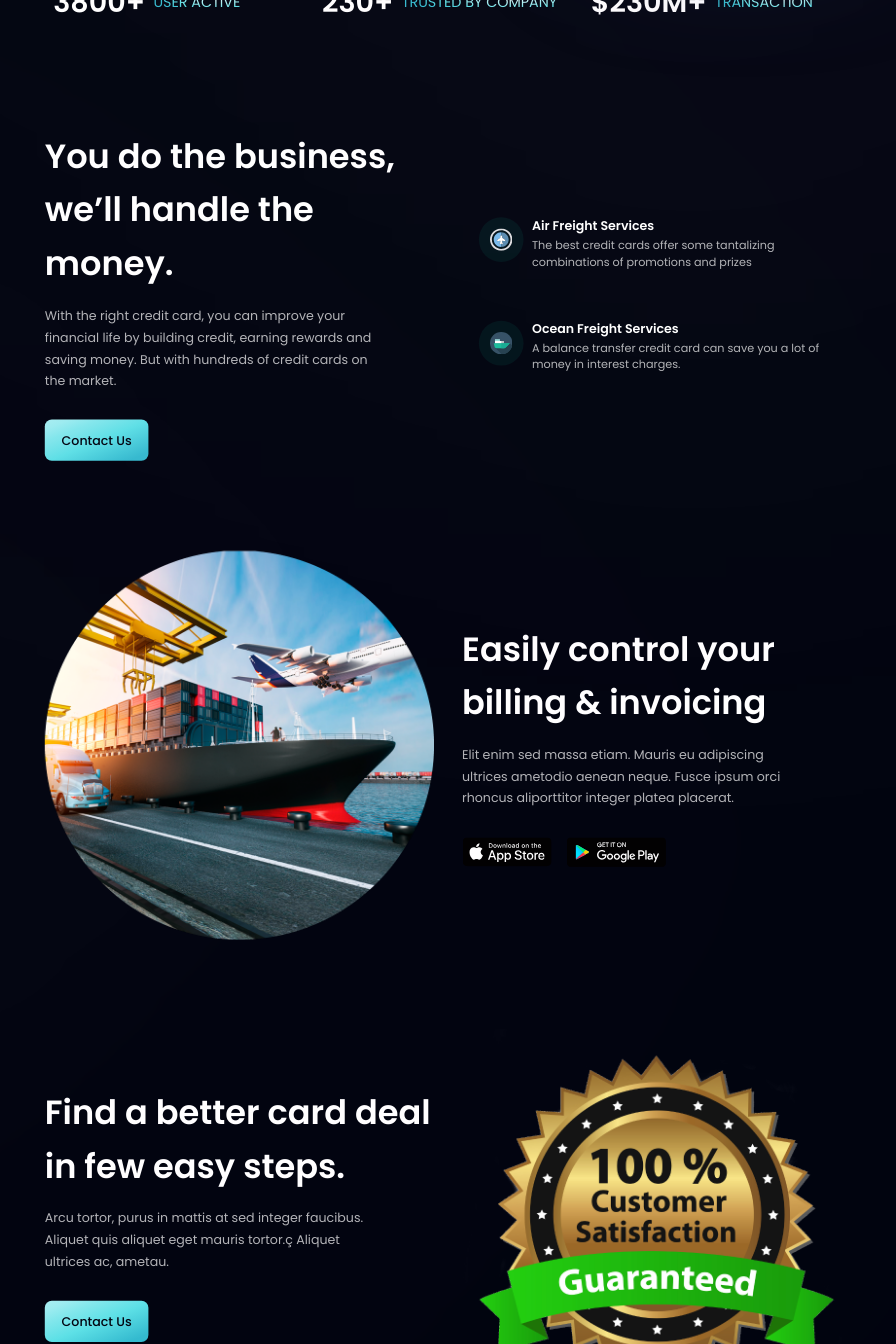
Repository: Miracleoluebube/captionlogistics
Page: /
An editor plug-in stored every save of this project. The page is shown before and after the next save, followed by the edit.
The browser window is 1280 px wide. The pictures show the part of the page from y = 1205 to 3125 px (the page is 5409 px tall before and 5286 px after), at 70% of full size.
The project was rebuilt for these pictures with package versions that can differ from the ones it lists, and the page was loaded fresh each time. Also part of the build but not shown: vite.config.js.

Above is the page before, as saved 2022-10-02 12:42:42.

### src/index.css
/* :root {
  font-family: Inter, Avenir, Helvetica, Arial, sans-serif;
  font-size: 16px;
  line-height: 24px;
  font-weight: 400;

  color-scheme: light dark;
  color: rgba(255, 255, 255, 0.87);
  background-color: #242424;

  font-synthesis: none;
  text-rendering: optimizeLegibility;
  -webkit-font-smoothing: antialiased;
  -moz-osx-font-smoothing: grayscale;
  -webkit-text-size-adjust: 100%;
}

a {
  font-weight: 500;
  color: #646cff;
  text-decoration: inherit;
}
a:hover {
  color: #535bf2;
}

body {
  margin: 0;
  display: flex;
  place-items: center;
  min-width: 320px;
  min-height: 100vh;
}

h1 {
  font-size: 3.2em;
  line-height: 1.1;
}

button {
  border-radius: 8px;
  border: 1px solid transparent;
  padding: 0.6em 1.2em;
  font-size: 1em;
  font-weight: 500;
  font-family: inherit;
  background-color: #1a1a1a;
  cursor: pointer;
  transition: border-color 0.25s;
}
button:hover {
  border-color: #646cff;
}
button:focus,
button:focus-visible {
  outline: 4px auto -webkit-focus-ring-color;
}
*/

@import url("https://fonts.googleapis.com/css2?family=Poppins:wght@400;500;600;700;800;900&display=swap");

@tailwind base;
@tailwind components;
@tailwind utilities;

:root {
  --black-gradient: linear-gradient(
    144.39deg,
    #ffffff -278.56%,
    #6d6d6d -78.47%,
    #11101d 91.61%
  );
  --card-shadow: 0px 20px 100px -10px rgba(66, 71, 91, 0.1);
}

* {
  scroll-behavior: smooth;
}

.text-gradient {
  background: radial-gradient(
    64.18% 64.18% at 71.16% 35.69%,
    #def9fa 0.89%,
    #bef3f5 17.23%,
    #9dedf0 42.04%,
    #7de7eb 55.12%,
    #5ce1e6 71.54%,
    #33bbcf 100%
  );
  -webkit-background-clip: text;
  -webkit-text-fill-color: transparent;
  background-clip: text;
  text-fill-color: transparent;
}

.bg-blue-gradient {
  background: linear-gradient(
    157.81deg,
    #def9fa -43.27%,
    #bef3f5 -21.24%,
    #9dedf0 12.19%,
    #7de7eb 29.82%,
    #5ce1e6 51.94%,
    #33bbcf 90.29%
  );
}

.bg-black-gradient {
  background: linear-gradient(
    144.39deg,
    #ffffff -278.56%,
    #6d6d6d -78.47%,
    #11101d 91.61%
  );
}

.bg-black-gradient-2 {
  background: linear-gradient(
    -168.39deg,
    #ffffff -278.56%,
    #6d6d6d -78.47%,
    #11101d 91.61%
  );
}

.bg-gray-gradient {
  background: linear-gradient(
    153.47deg,
    rgba(255, 255, 255, 0) -341.94%,
    #14101d 95.11%
  );
}

.bg-discount-gradient {
  background: linear-gradient(125.17deg, #272727 0%, #11101d 100%);
}

.box-shadow {
  box-shadow: 0px 20px 100px -10px rgba(66, 71, 91, 0.1);
}

.sidebar {
  -webkit-animation: slide-top 0.5s cubic-bezier(0.25, 0.46, 0.45, 0.94) both;
  animation: slide-top 0.5s cubic-bezier(0.25, 0.46, 0.45, 0.94) both;
}

@-webkit-keyframes slide-top {
  0% {
    -webkit-transform: translateY(100px);
    transform: translateY(100px);
  }
  100% {
    -webkit-transform: translateY(0);
    transform: translateY(0);
  }
}

@keyframes slide-top {
  0% {
    -webkit-transform: translateY(100px);
    transform: translateY(100px);
  }
  100% {
    -webkit-transform: translateY(0);
    transform: translateY(0);
  }
}

.feature-card:hover {
  background: var(--black-gradient);
  box-shadow: var(--card-shadow);
}

.feedback-container .feedback-card:last-child {
  margin-right: 0px;
}

.feedback-card {
  background: transparent;
}

.feedback-card:hover {
  background: var(--black-gradient);
}

.blue__gradient {
  background: linear-gradient(180deg, rgba(188, 165, 255, 0) 0%, #214d76 100%);
  filter: blur(123px);
}

.pink__gradient {
  background: linear-gradient(90deg, #f4c4f3 0%, #fc67fa 100%);
  filter: blur(900px);
}

.white__gradient {
  background: rgba(255, 255, 255, 0.6);
  filter: blur(750px);
}


@media (prefers-color-scheme: light) {
  :root {
    color: #213547;
    background-color: #ffffff;
  }
  a:hover {
    color: #747bff;
  }
  button {
    background-color: #f9f9f9;
  }
}

### src/style.js
const styles = {
  boxWidth: "xl:max-w-[1280px] w-full",

  heading2: "font-poppins font-semibold xs:text-[48px] text-[40px] text-white xs:leading-[76.8px] leading-[66.8px] w-full",
  paragraph: "font-poppins font-normal text-dimWhite text-[18px] leading-[30.8px]",

  flexCenter: "flex justify-center items-center",
  flexStart: "flex justify-center items-start",

  paddingX: "sm:px-16 px-6",
  paddingY: "sm:py-16 py-6",
  padding: "sm:px-16 px-6 sm:py-12 py-4",

  marginX: "sm:mx-16 mx-6",
  marginY: "sm:my-16 my-6",
};

export const layout = {
  section: `flex md:flex-row flex-col ${styles.paddingY}`,
  sectionReverse: `flex md:flex-row flex-col-reverse ${styles.paddingY}`,

  sectionImgReverse: `flex-1 flex ${styles.flexCenter} md:mr-10 mr-0 md:mt-0 mt-10 relative`,
  sectionImg: `flex-1 flex ${styles.flexCenter} md:ml-10 ml-0 md:mt-0 mt-10 relative`,

  sectionInfo: `flex-1 ${styles.flexStart} flex-col`,
};

export default styles;

### src/components/Navbar.jsx
import { useState } from "react";

import { close, logo, menu } from "../assets";
import { navLinks } from "../constants";

const Navbar = () => {
  const [active, setActive] = useState("Home");
  const [toggle, setToggle] = useState(false);

  return (
    <nav className="w-full flex py-6 justify-between items-center navbar">
      <img src={logo} alt="hoobank" className="w-[124px] h-[32px]" />

      <ul className="list-none sm:flex hidden justify-end items-center flex-1">
        {navLinks.map((nav, index) => (
          <li
            key={nav.id}
            className={`font-poppins font-normal cursor-pointer text-[16px] ${
              active === nav.title ? "text-white" : "text-dimWhite"
            } ${index === navLinks.length - 1 ? "mr-0" : "mr-10"}`}
            onClick={() => setActive(nav.title)}
          >
            <a href={`#${nav.id}`}>{nav.title}</a>
          </li>
        ))}
      </ul>

      <div className="sm:hidden flex flex-1 justify-end items-center">
        <img
          src={toggle ? close : menu}
          alt="menu"
          className="w-[28px] h-[28px] object-contain"
          onClick={() => setToggle(!toggle)}
        />

        <div
          className={`${
            !toggle ? "hidden" : "flex"
          } p-6 bg-black-gradient absolute top-20 right-0 mx-4 my-2 min-w-[140px] rounded-xl sidebar`}
        >
          <ul className="list-none flex justify-end items-start flex-1 flex-col">
            {navLinks.map((nav, index) => (
              <li
                key={nav.id}
                className={`font-poppins font-medium cursor-pointer text-[16px] ${
                  active === nav.title ? "text-white" : "text-dimWhite"
                } ${index === navLinks.length - 1 ? "mb-0" : "mb-4"}`}
                onClick={() => setActive(nav.title)}
              >
                <a href={`#${nav.id}`}>{nav.title}</a>
              </li>
            ))}
          </ul>
        </div>
      </div>
    </nav>
  );
};

export default Navbar;

### src/components/Billing.jsx
import { apple, bill, google } from "../assets";
import styles, { layout } from "../style";

const Billing = () => (
  <section id="product" className={layout.sectionReverse}>
    <div className={layout.sectionImgReverse}>
      <img src={bill} alt="billing" className="w-[100%] h-[100%] relative z-[5]" />

      {/* gradient start */}
      <div className="absolute z-[3] -left-1/2 top-0 w-[50%] h-[50%] rounded-full white__gradient" />
      <div className="absolute z-[0] w-[50%] h-[50%] -left-1/2 bottom-0 rounded-full pink__gradient" />
      {/* gradient end */}
    </div>

    <div className={layout.sectionInfo}>
      <h2 className={styles.heading2}>
        Easily control your <br className="sm:block hidden" /> billing &
        invoicing
      </h2>
      <p className={`${styles.paragraph} max-w-[470px] mt-5`}>
        Elit enim sed massa etiam. Mauris eu adipiscing ultrices ametodio
        aenean neque. Fusce ipsum orci rhoncus aliporttitor integer platea
        placerat.
      </p>

      <div className="flex flex-row flex-wrap sm:mt-10 mt-6">
        <img src={apple} alt="google_play" className="w-[128.86px] h-[42.05px] object-contain mr-5 cursor-pointer" />
        <img src={google} alt="google_play" className="w-[144.17px] h-[43.08px] object-contain cursor-pointer" />
      </div>
    </div>
  </section>
);

export default Billing;

### src/components/CardDeal.jsx
import { card } from "../assets";
import styles, { layout } from "../style";
import Button from "./Button";

const CardDeal = () => (
  <section id="contact Us" className={layout.section}>
    <div className={layout.sectionInfo}>
      <h2 className={styles.heading2}>
        Find a better card deal <br className="sm:block hidden" /> in few easy
        steps.
      </h2>
      <p className={`${styles.paragraph} max-w-[470px] mt-5`}>
        Arcu tortor, purus in mattis at sed integer faucibus. Aliquet quis
        aliquet eget mauris tortor.ç Aliquet ultrices ac, ametau.
      </p>

      <Button styles={`mt-10`} />
    </div>

    <div className={layout.sectionImg}>
      <img src={card} alt="billing" className="w-[100%] h-[100%]" />
    </div>
  </section>
);

export default CardDeal;

### src/components/Business.jsx
import { features } from "../constants";
import styles, { layout } from "../style";
import Button from "./Button";

const FeatureCard = ({ icon, title, content, index }) => (
  <div className={`flex flex-row p-6 rounded-[20px] ${index !== features.length - 1 ? "mb-6" : "mb-0"} feature-card`}>
    <div className={`w-[64px] h-[64px] rounded-full ${styles.flexCenter} bg-dimBlue`}>
      <img src={icon} alt="star" className="w-[50%] h-[50%] object-contain" />
    </div>
    <div className="flex-1 flex flex-col ml-3">
      <h4 className="font-poppins font-semibold text-white text-[18px] leading-[23.4px] mb-1">
        {title}
      </h4>
      <p className="font-poppins font-normal text-dimWhite text-[16px] leading-[24px]">
        {content}
      </p>
    </div>
  </div>
);

const Business = () =>  (
  <section id="features" className={layout.section}>
    <div className={layout.sectionInfo}>
      <h2 className={styles.heading2}>
        You do the business, <br className="sm:block hidden" /> we’ll handle
        the money.
      </h2>
      <p className={`${styles.paragraph} max-w-[470px] mt-5`}>
        With the right credit card, you can improve your financial life by
        building credit, earning rewards and saving money. But with hundreds
        of credit cards on the market.
      </p>

      <Button styles={`mt-10`} />
    </div>

    <div className={`${layout.sectionImg} flex-col`}>
      {features.map((feature, index) => (
        <FeatureCard key={feature.id} {...feature} index={index} />
      ))}
    </div>
  </section>
);

export default Business;

### src/components/CTA.jsx
import styles from "../style";
import Button from "./Button";

const CTA = () => (
  <section className={`${styles.flexCenter} ${styles.marginY} ${styles.padding} sm:flex-row flex-col bg-black-gradient-2 rounded-[20px] box-shadow`}>
    <div className="flex-1 flex flex-col">
      <h2 className={styles.heading2}>Let’s try our service now!</h2>
      <p className={`${styles.paragraph} max-w-[470px] mt-5`}>
        Everything you need to accept card payments and grow your business
        anywhere on the planet.
      </p>
    </div>

    <div  className={`${styles.flexCenter} sm:ml-10 ml-0 sm:mt-0 mt-10`}>
      <Button />
    </div>
  </section>
);

export default CTA;

### src/components/Stats.jsx
import { stats } from "../constants";
import styles from "../style";

const Stats = () => (
  <section className={`${styles.flexCenter} flex-row flex-wrap sm:mb-20 mb-6`}>
    {stats.map((stat) => (
      <div key={stat.id} className={`flex-1 flex justify-start items-center flex-row m-3`} >
        <h4 className="font-poppins font-semibold xs:text-[40.89px] text-[30.89px] xs:leading-[53.16px] leading-[43.16px] text-white">
          {stat.value}
        </h4>
        <p className="font-poppins font-normal xs:text-[20.45px] text-[15.45px] xs:leading-[26.58px] leading-[21.58px] text-gradient uppercase ml-3">
          {stat.title}
        </p>
      </div>
    ))}
  </section>
);

export default Stats;

### src/components/Footer.jsx
import styles from "../style";
import { logo } from "../assets";
import { footerLinks, socialMedia } from "../constants";

const Footer = () => (
  <section className={`${styles.flexCenter} ${styles.paddingY} flex-col`}>
    <div className={`${styles.flexStart} md:flex-row flex-col mb-8 w-full`}>
      <div className="flex-[1] flex flex-col justify-start mr-10">
        <img
          src={logo}
          alt="hoobank"
          className="w-[266px] h-[72.14px] object-contain"
        />
        <p className={`${styles.paragraph} mt-4 max-w-[312px]`}>
         Head Office address: Number 10&11, A.O plaza, ground floor,
         Mandilas market Lagos island
        </p>
      </div>

      <div className="flex-[1.5] w-full flex flex-row justify-between flex-wrap md:mt-0 mt-10">
        {footerLinks.map((footerlink) => (
          <div key={footerlink.title} className={`flex flex-col ss:my-0 my-4 min-w-[150px]`}>
            <h4 className="font-poppins font-medium text-[18px] leading-[27px] text-white">
              {footerlink.title}
            </h4>
            <ul className="list-none mt-4">
              {footerlink.links.map((link, index) => (
                <li
                  key={link.name}
                  className={`font-poppins font-normal text-[16px] leading-[24px] text-dimWhite hover:text-secondary cursor-pointer ${
                    index !== footerlink.links.length - 1 ? "mb-4" : "mb-0"
                  }`}
                >
                  {link.name}
                </li>
              ))}
            </ul>
          </div>
        ))}
      </div>
    </div>

    <div className="w-full flex justify-between items-center md:flex-row flex-col pt-6 border-t-[1px] border-t-[#3F3E45]">
      <p className="font-poppins font-normal text-center text-[18px] leading-[27px] text-white">
        Copyright Ⓒ 2022. CaptionLogistics. All Rights Reserved.
      </p>

      <div className="flex flex-row md:mt-0 mt-6">
        {socialMedia.map((social, index) => (
          <img
            key={social.id}
            src={social.icon}
            alt={social.id}
            className={`w-[21px] h-[21px] object-contain cursor-pointer ${
              index !== socialMedia.length - 1 ? "mr-6" : "mr-0"
            }`}
            onClick={() => window.open(social.link)}
          />
        ))}
      </div>
    </div>
  </section>
);

export default Footer;

### src/components/Testimonials.jsx
import { feedback } from "../constants";
import styles from "../style";
import FeedbackCard from "./FeedbackCard";

const Testimonials = () => (
  <section id="clients" className={`${styles.paddingY} ${styles.flexCenter} flex-col relative `}>
    <div className="absolute z-[0] w-[60%] h-[60%] -right-[50%] rounded-full blue__gradient bottom-40" />

    <div className="w-full flex justify-between items-center md:flex-row flex-col sm:mb-16 mb-6 relative z-[1]">
      <h2 className={styles.heading2}>
        What People are <br className="sm:block hidden" /> saying about us
      </h2>
      <div className="w-full md:mt-0 mt-6">
        <p className={`${styles.paragraph} text-left max-w-[450px]`}>
          Everything you need to accept card payments and grow your business
          anywhere on the planet.
        </p>
      </div>
    </div>

    <div className="flex flex-wrap sm:justify-start justify-center w-full feedback-container relative z-[1]">
      {feedback.map((card) => <FeedbackCard key={card.id} {...card} />)}
    </div>
  </section>
);

export default Testimonials;

### src/components/Hero.jsx
import styles from "../style";
import { discount, robot } from "../assets";
import GetStarted from "./GetStarted";

const Hero = () => {
  return (
    <section id="home" className={`flex md:flex-row flex-col ${styles.paddingY}`}>
      <div className={`flex-1 ${styles.flexStart} flex-col xl:px-0 sm:px-16 px-6`}>
        <div className="flex flex-row items-center py-[6px] px-4 bg-discount-gradient rounded-[10px] mb-2">
          <img src={discount} alt="discount" className="w-[32px] h-[32px]" />
          <p className={`${styles.paragraph} ml-2`}>
            <span className="text-white">Call us </span> +234{" "}
            <span className="text-white">806 {" "} 750 {" "} 7539</span>
          </p>
        </div>

        <div className="flex flex-row justify-between items-center w-full">
          <h1 className="flex-1 font-poppins font-semibold ss:text-[72px] text-[52px] text-white ss:leading-[100.8px] leading-[75px]">
            Your trusted <br className="sm:block hidden" />{" "}
            <span className="text-gradient">Freight & Shipping</span>{" "}
          </h1>
          <div className="ss:flex hidden md:mr-4 mr-0">
            <GetStarted />
          </div>
        </div>

        <h1 className="font-poppins font-semibold ss:text-[68px] text-[52px] text-white ss:leading-[100.8px] leading-[75px] w-full">
  company From Turkey to Nigeria.
        </h1>
        <p className={`${styles.paragraph} max-w-[470px] mt-5`}>
          We are a  full-service Cargo and Logistics
          company registered under the federal Republic of Nigeria that offers freight
          and shipping of goods from Turkey
          to Nigeria.Our Mission is to retain our leadership
          in providing affordable
          & efficient service. Visit us Today.
        </p>
      </div>

      <div className={`flex-1 flex ${styles.flexCenter} md:my-0 my-10 relative`}>
        <img src={robot} alt="billing" className="w-[100%] h-[100%] relative z-[5]" />

        {/* gradient start */}
        <div className="absolute z-[0] w-[40%] h-[35%] top-0 pink__gradient" />
        <div className="absolute z-[1] w-[80%] h-[80%] rounded-full white__gradient bottom-40" />
        <div className="absolute z-[0] w-[50%] h-[50%] right-20 bottom-20 blue__gradient" />
        {/* gradient end */}
      </div>

      <div className={`ss:hidden ${styles.flexCenter}`}>
        <GetStarted />
      </div>
    </section>
  );
};

export default Hero;

### src/assets/index.js
import airbnb from "./airbnb.png";
import bill from "./bill.png";
import binance from "./binance.png";
import card from "./card.png";
import coinbase from "./coinbase.png";
import dropbox from "./dropbox.png";
import logo from "./logo.svg";
import quotes from "./quotes.svg";
import robot from "./robot.png";
import send from "./Send.svg";
import shield from "./Shield.svg";
import star from "./Star.svg";
import menu from "./menu.svg";
import close from "./close.svg";
import google from "./google.svg";
import apple from "./apple.svg";
import arrowUp from "./arrow-up.svg";
import discount from "./Discount.svg";
import facebook from "./facebook.svg";
import instagram from "./instagram.svg";
import linkedin from "./linkedin.svg";
import twitter from "./twitter.svg";
import people01 from "./people01.png";
import people02 from "./people02.png";
import people03 from "./people03.png";

export {
  airbnb,
  bill,
  binance,
  card,
  coinbase,
  dropbox,
  logo,
  quotes,
  robot,
  send,
  shield,
  star,
  menu,
  close,
  google,
  apple,
  arrowUp,
  discount,
  facebook,
  instagram,
  linkedin,
  twitter,
  people01,
  people02,
  people03,
};

### src/components/Button.jsx
import React from "react";

const Button = ({ styles }) => (
  <a href="https://wa.me/2348067507539">
  <button  type="button" className={`py-4 px-6 font-poppins font-medium text-[18px] text-primary bg-blue-gradient rounded-[10px] outline-none ${styles}`}>
    Contact Us
  </button>
  </a>
);



export default Button;

### src/components/FeedbackCard.jsx
import { quotes } from "../assets";

const FeedbackCard = ({ content, name, title, img }) => (
  <div className="flex justify-between flex-col px-10 py-12 rounded-[20px]  max-w-[370px] md:mr-10 sm:mr-5 mr-0 my-5 feedback-card">
    <img src={quotes} alt="double_quotes" className="w-[42.6px] h-[27.6px] object-contain" />
    <p className="font-poppins font-normal text-[18px] leading-[32.4px] text-white my-10">
      {content}
    </p>

    <div className="flex flex-row">
      <img src={img} alt={name} className="w-[48px] h-[48px] rounded-full" />
      <div className="flex flex-col ml-4">
        <h4 className="font-poppins font-semibold text-[20px] leading-[32px] text-white">
          {name}
        </h4>
        <p className="font-poppins font-normal text-[16px] leading-[24px] text-dimWhite">
          {title}
        </p>
      </div>
    </div>
  </div>
);


export default FeedbackCard;

### src/components/GetStarted.jsx
import styles from "../style";
import { arrowUp } from "../assets";

const GetStarted = () => (
  <div className={`${styles.flexCenter} w-[140px] h-[140px] rounded-full bg-blue-gradient p-[2px] cursor-pointer`}>
    <div className={`${styles.flexCenter} flex-col bg-primary w-[100%] h-[100%] rounded-full`}>
      <div className={`${styles.flexStart} flex-row`}>
        <p className="font-poppins font-medium text-[18px] leading-[23.4px]">
          <span className="text-gradient">Track Your</span>
        </p>
        <img src={arrowUp} alt="arrow-up" className="w-[23px] h-[23px] object-contain" />
      </div>

      <p className="font-poppins font-medium text-[18px] leading-[23.4px]">
        <span className="text-gradient">Goods</span>
      </p>
    </div>
  </div>
);

export default GetStarted;

Loaded but not shown: index.html (common file); src/main.jsx (common file); src/App.jsx (common file); src/components/index.js (common file); src/components/Clients.jsx (common file); tailwind.config.cjs (common file); src/constants/index.js (202 lines, source omitted)

After the next save:
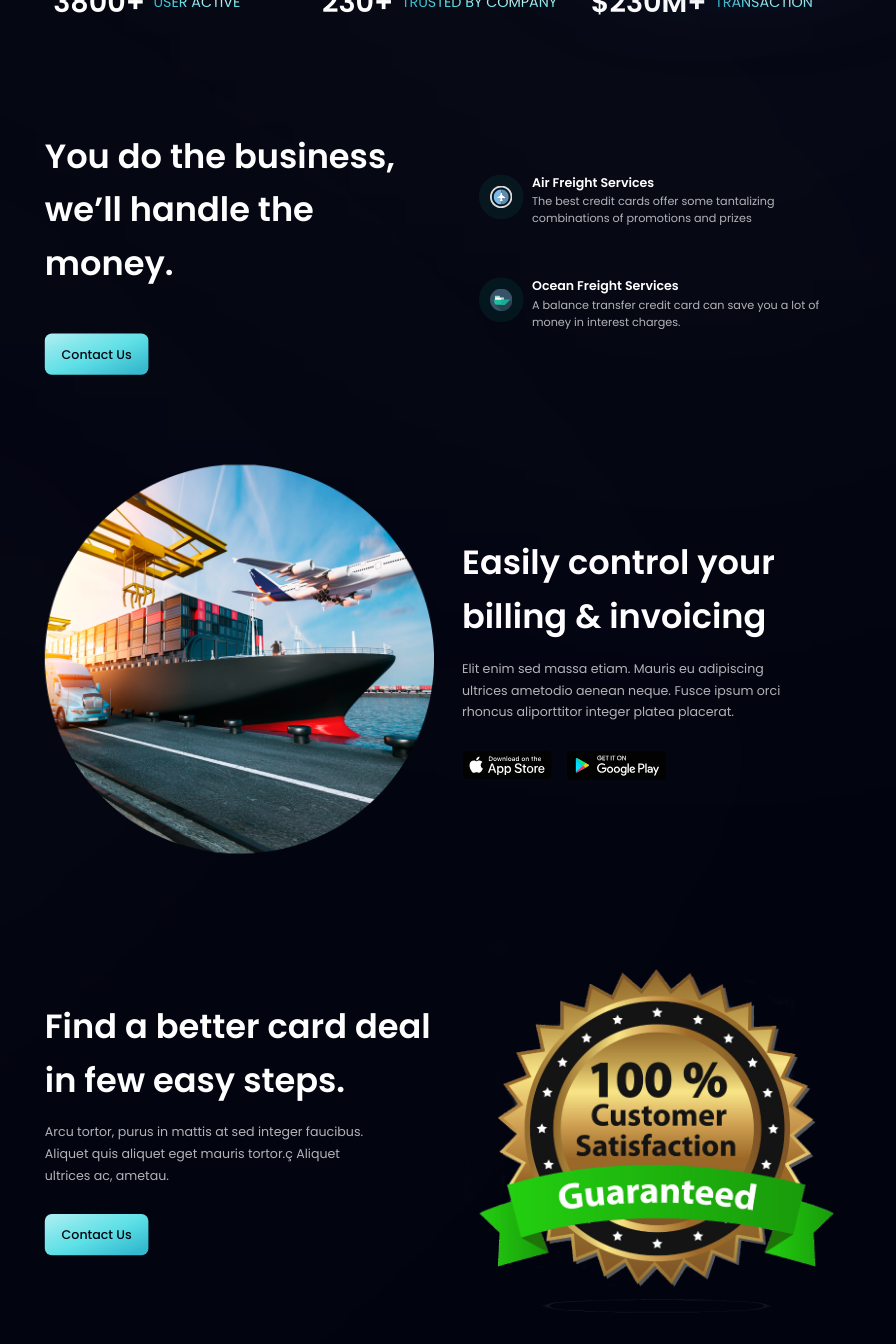
Saved 6 s later.
--- a/src/components/Business.jsx
+++ b/src/components/Business.jsx
@@ -26,9 +26,7 @@
         the money.
       </h2>
       <p className={`${styles.paragraph} max-w-[470px] mt-5`}>
-        With the right credit card, you can improve your financial life by
-        building credit, earning rewards and saving money. But with hundreds
-        of credit cards on the market.
+
       </p>
 
       <Button styles={`mt-10`} />
